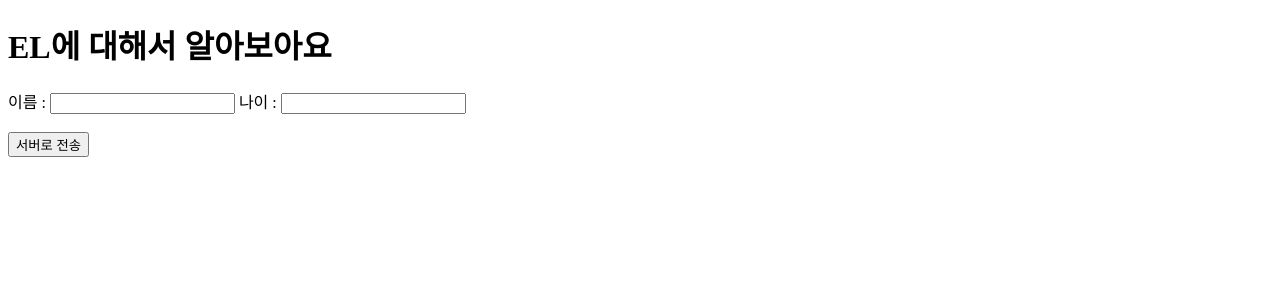
Repository: shashak23/spring_workspace
Page: springweb/src/main/webapp/resources/sample05/testController08.html
The author's editor kept a copy of each file at every save. The page is drawn from the files as they stood at one save, then again after the next save.
The browser window is 1280 px wide. The pictures show the whole page.

Above is the page before, as saved 2023-02-24 06:00:34.

After the next save:
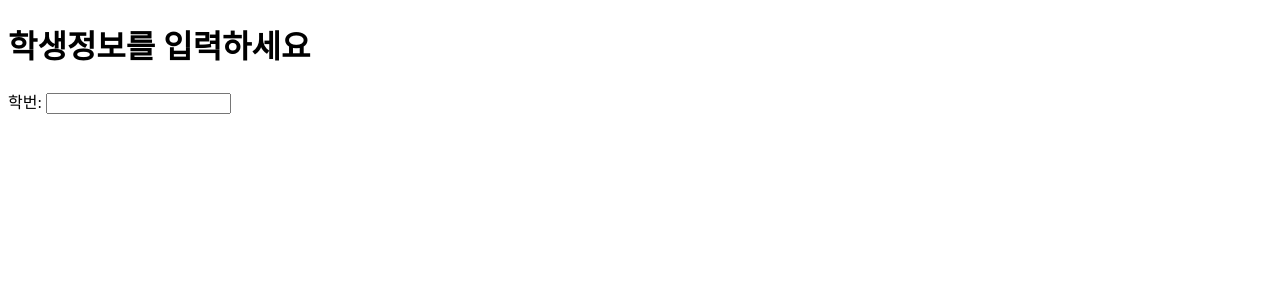
Saved 3 days later.
--- a/springweb/src/main/webapp/resources/sample05/testController08.html
+++ b/springweb/src/main/webapp/resources/sample05/testController08.html
@@ -5,12 +5,9 @@
 <title>Insert title here</title>
 </head>
 <body>
-	<h1>EL에 대해서 알아보아요</h1>
-	<form action="/springweb/testController08/userEL" method="post">
-		이름 : <input type="text" name=userName>
-		나이 : <input type="number" name=userAge>
-		<br><br>
-		<input type="submit" value="서버로 전송">
-	</form>
+	<h1>학생정보를 입력하세요</h1>
+		<form action="/springweb/modelAttributes2 method="post">
+			학번: <input type="number" name="userNumber">
+		</form>
 </body>
 </html>
